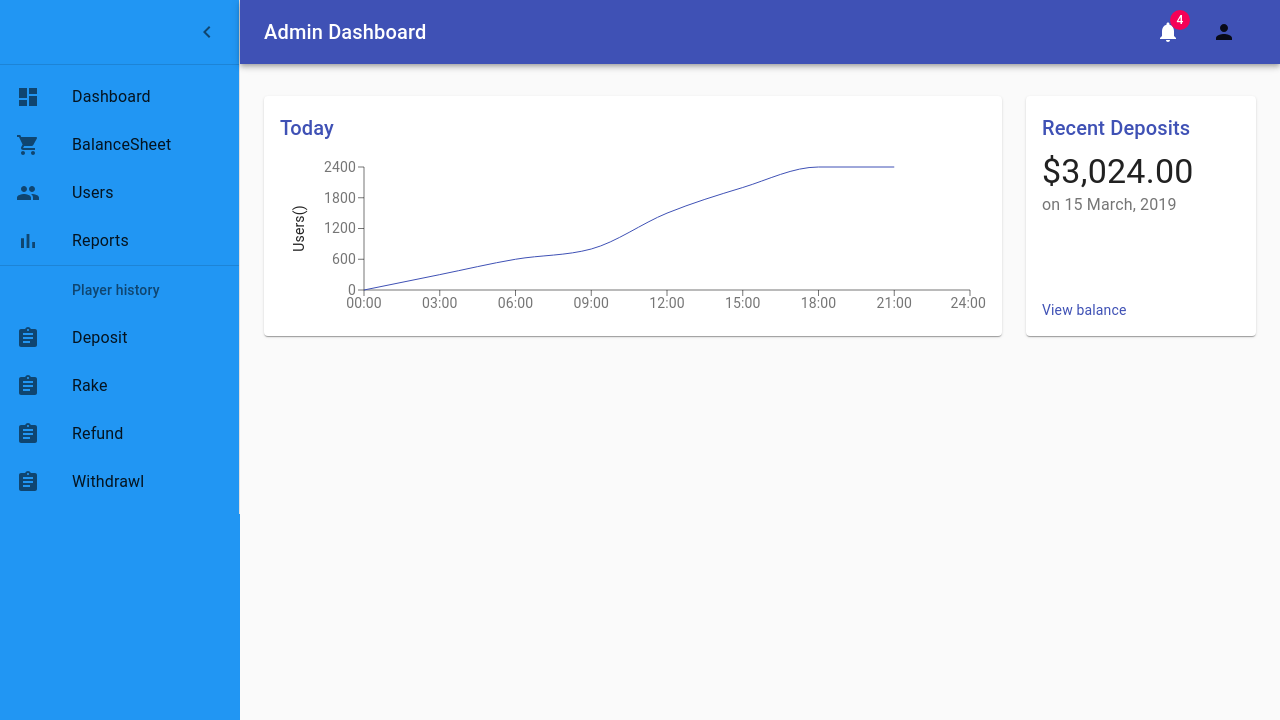
Repository: imayankbisht/ludofrontend
Page: /Dashboard
An editor plug-in stored every save of this project. The page is shown before and after a run of saves, followed by the edit.
The browser window is 1280 px wide. The pictures show the whole page.
The project was rebuilt for these pictures with package versions that can differ from the ones it lists, and the page was loaded fresh each time. Also part of the build but not shown: src/axios.js, src/components/login.js.

Above is the page before, as saved 2021-01-16 16:42:22.

After the next 4 saves:
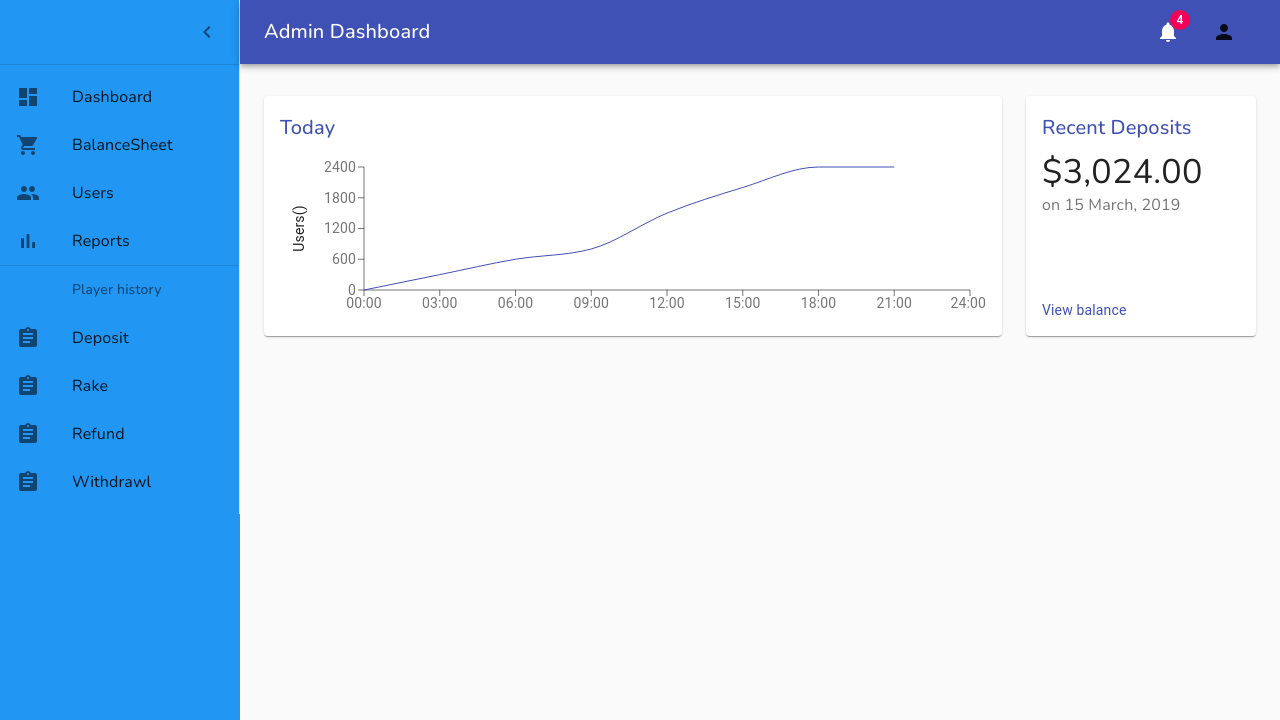
The 4 saves are shown as one change because 2 did not build or start and some came seconds apart.
The last was saved 107 s later.
--- a/src/components/listItems.js
+++ b/src/components/listItems.js
@@ -22,6 +22,7 @@ const theme = createMuiTheme({
 },});
 export const mainListItems = (
   // <Box bgcolor="lightgray">
+  <ThemeProvider theme={theme}>
   <div>
 
    <ListItem button>
@@ -77,6 +78,7 @@ export const mainListItems = (
 
 
   </div>
+  </ThemeProvider>
   // </Box>
 );
 
